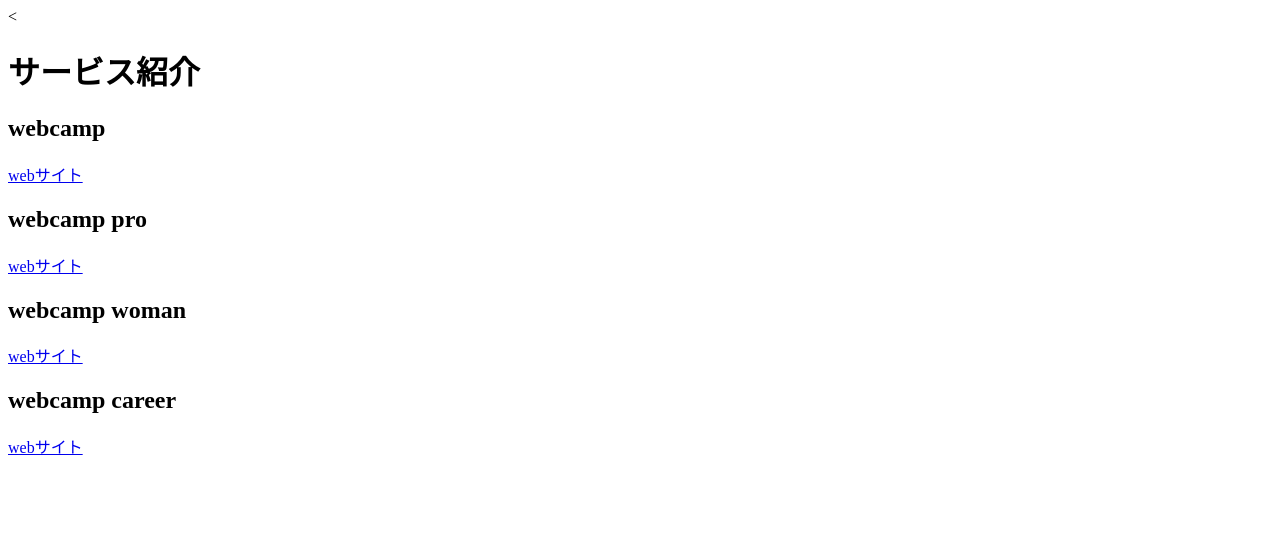
Repository: menyuu/test-html-CSS-practice
Page: sample/chapter2_exercise.html
The author's editor kept a record of every edit. The page is drawn from the files as they stood at one moment, then again after the next edit.
The browser window is 1280 px wide. The pictures show the whole page.

Above is the page before.

### sample/chapter2_exercise.html
<<!DOCTYPE html>
<html lang="ja">
<head>
  <meta charset="UTF-8">
  <title>chapter2_exercise</title>
</head>
<body>
  <h1>サービス紹介</h1>
  <h2>webcamp</h2>
  <p></p>
  <a href="#">webサイト</a>
  <h2>webcamp pro</h2>
  <p></p>
  <a href="#">webサイト</a>
  <h2>webcamp woman</h2>
  <p></p>
  <a href="#">webサイト</a>
  <h2>webcamp career</h2>
  <p></p>
  <a href="#">webサイト</a>
</body>
</html>

After the next edit:
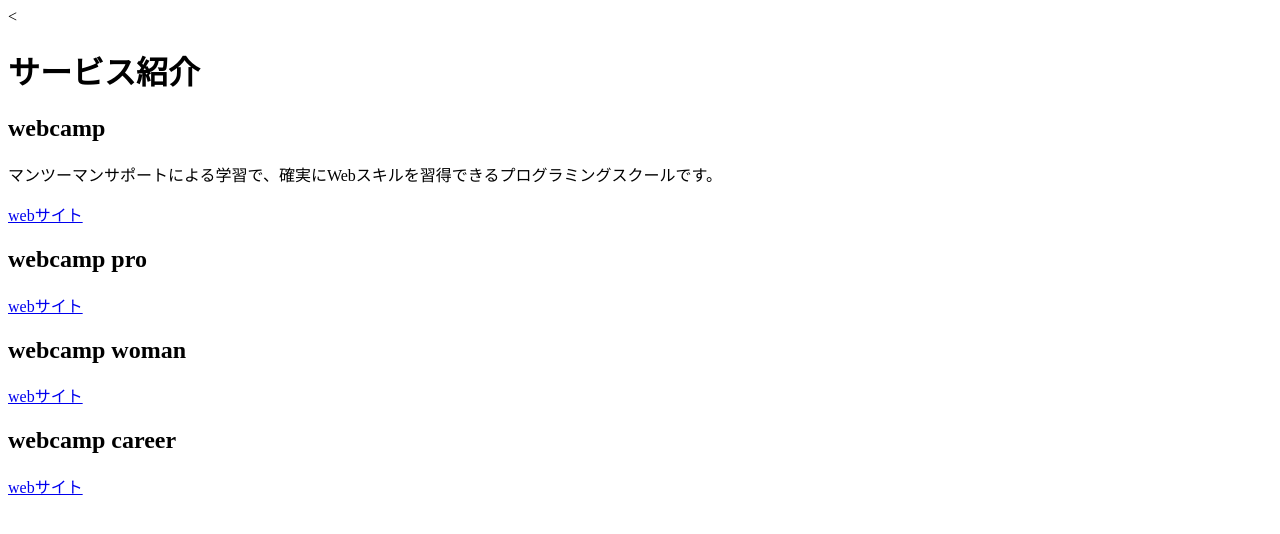
The edit:
--- a/sample/chapter2_exercise.html
+++ b/sample/chapter2_exercise.html
@@ -7,7 +7,7 @@
 <body>
   <h1>サービス紹介</h1>
   <h2>webcamp</h2>
-  <p></p>
+  <p>マンツーマンサポートによる学習で、確実にWebスキルを習得できるプログラミングスクールです。</p>
   <a href="#">webサイト</a>
   <h2>webcamp pro</h2>
   <p></p>
